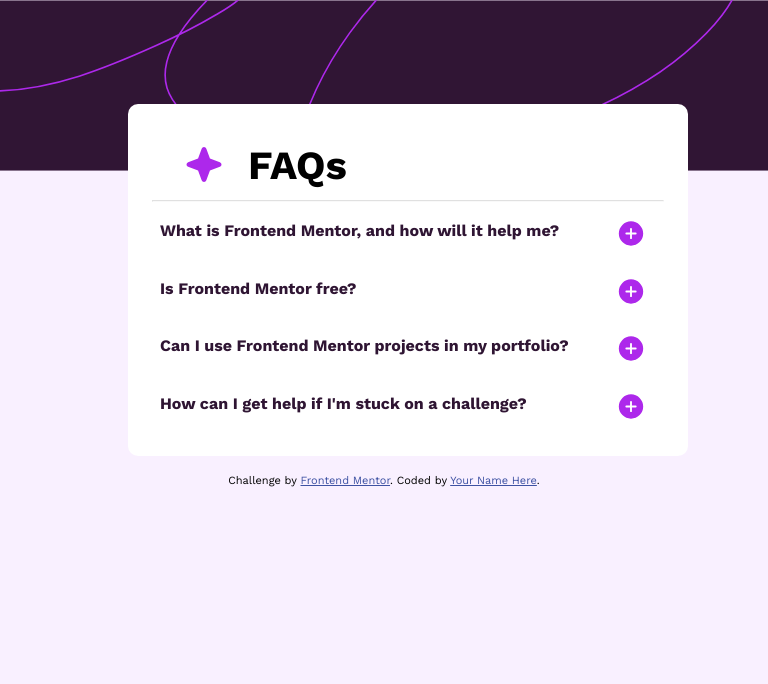
Repository: imokha01/accordion-main
Page: index.html
The author's editor kept a copy of each file at every save. The page is drawn from the files as they stood at one save, then again after a run of saves.
The browser window is 768 px wide. The pictures show the whole page.

Above is the page before, as saved 2023-12-26 11:33:22.

After the next 2 saves:
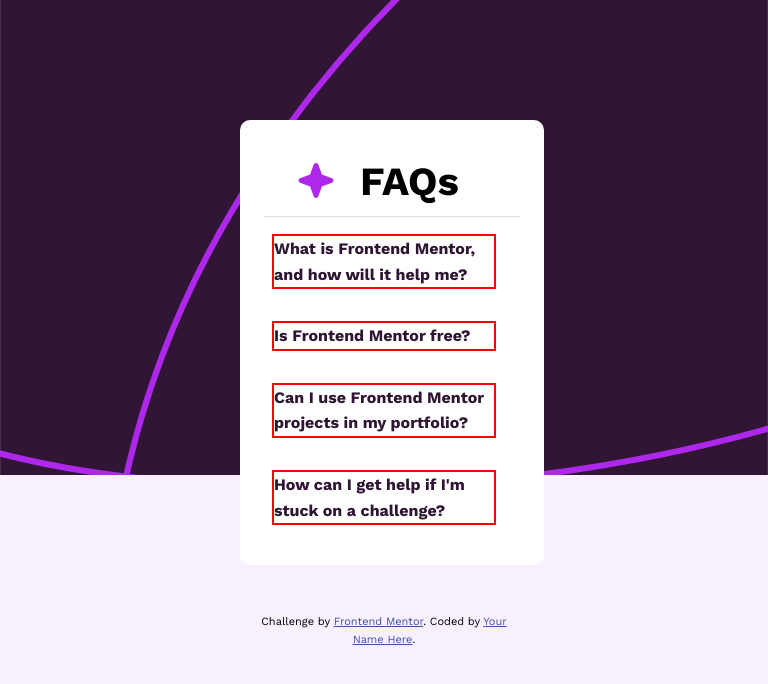
The 2 saves are shown as one change because they came seconds apart.
The last was saved 17 s later.
--- a/index.css
+++ b/index.css
@@ -132,7 +132,7 @@
     content: "";
 }
 
-@media (min-width: 375px and max-width: 768px){
+@media (min-width: 375px) and (max-width: 768px){
     .container {
         background-image: url(./assets/images/background-pattern-mobile.svg);
         margin: 0;
